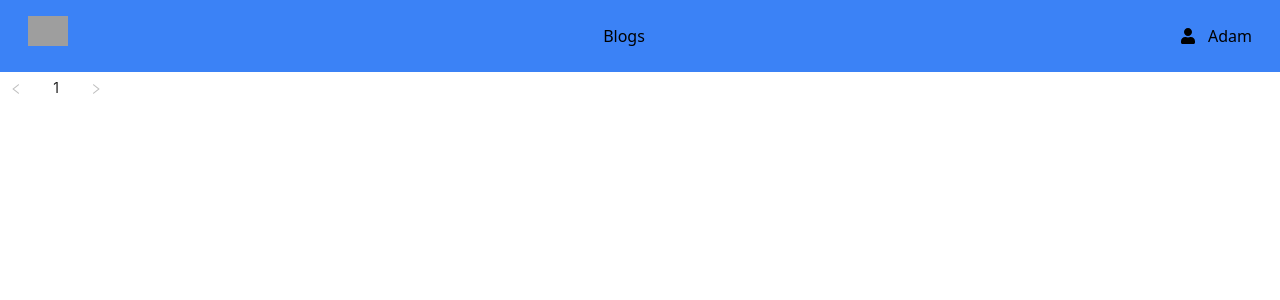
Repository: Lan-au-75/zv-app
Page: /
The author's editor kept a copy of each file at every save. The page is drawn from the files as they stood at one save, then again after the next save.
The browser window is 1280 px wide. The pictures show the whole page.
Pictures or frames that could not be fetched are drawn as grey boxes. The page's requests for data from a server got no answer. The project was rebuilt for these pictures with package versions that can differ from the ones it lists, and the page was loaded fresh each time. No one was signed in, and anything a server would have sent is missing. Also part of the build but not shown: vite.config.js, src/components/Comments.jsx, src/components/Post.jsx.

Above is the page before, as saved 2023-12-13 21:44:24.

After the next save:
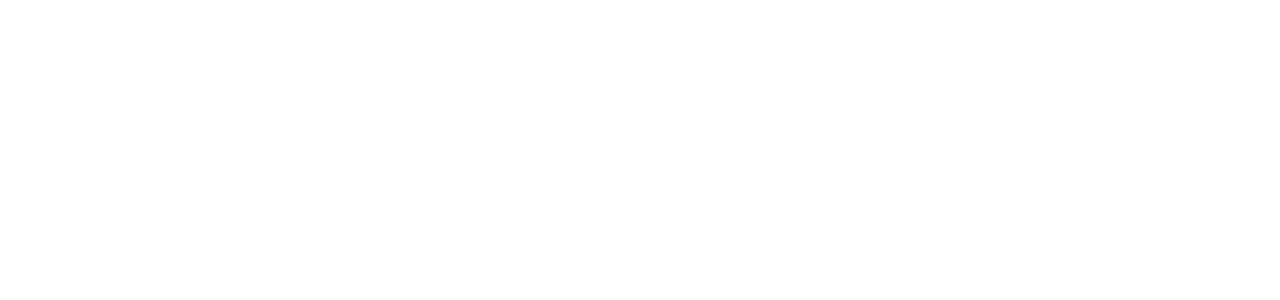
Console error: TypeError: Cannot read properties of undefined (reading 'slice')
Saved 87 s later.
--- a/src/App.jsx
+++ b/src/App.jsx
@@ -15,6 +15,10 @@
     const handlePageChange = (page) => {
         setCurrentPage(page)
     }
+
+    const startIndex = (currentPage - 1) * pageSize
+    const endIndex = startIndex + pageSize
+    const displayedPosts = posts.slice(startIndex, endIndex)
 
     const getUsersById = async (userIds) => {
         const result = users?.filter((user) => userIds.includes(user.id))
@@ -91,13 +95,18 @@
                 <Post key={item.id} item={item} comments={post1Comments}></Post>
             ))}
 
-            <Pagination
-                defaultCurrent={1}
-                current={currentPage}
-                total={posts?.length}
-                pageSize={pageSize}
-                onChange={handlePageChange}
-            />
+            <div>
+                {displayedPosts.map((post) => (
+                    <div key={post.id}>{post.title}</div>
+                ))}
+                <Pagination
+                    defaultCurrent={1}
+                    current={currentPage}
+                    total={posts.length}
+                    pageSize={pageSize}
+                    onChange={handlePageChange}
+                />
+            </div>
         </div>
     )
 }

After the 2 saves that followed:
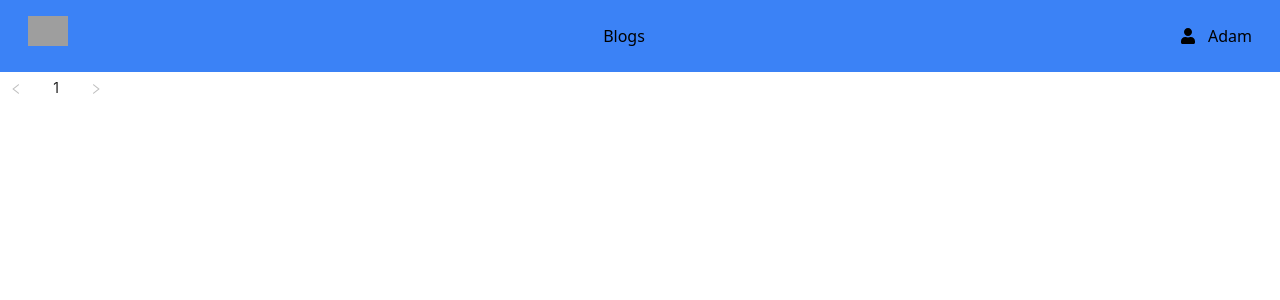
The error is gone.
The 2 saves are shown as one change because 1 left the picture as it was.
The last was saved 59 s later.
--- a/src/App.jsx
+++ b/src/App.jsx
@@ -15,10 +15,6 @@
     const handlePageChange = (page) => {
         setCurrentPage(page)
     }
-
-    const startIndex = (currentPage - 1) * pageSize
-    const endIndex = startIndex + pageSize
-    const displayedPosts = posts.slice(startIndex, endIndex)
 
     const getUsersById = async (userIds) => {
         const result = users?.filter((user) => userIds.includes(user.id))
@@ -95,18 +91,13 @@
                 <Post key={item.id} item={item} comments={post1Comments}></Post>
             ))}
 
-            <div>
-                {displayedPosts.map((post) => (
-                    <div key={post.id}>{post.title}</div>
-                ))}
-                <Pagination
-                    defaultCurrent={1}
-                    current={currentPage}
-                    total={posts.length}
-                    pageSize={pageSize}
-                    onChange={handlePageChange}
-                />
-            </div>
+            <Pagination
+                defaultCurrent={1}
+                current={currentPage}
+                total={posts?.length}
+                pageSize={pageSize}
+                onChange={handlePageChange}
+            />
         </div>
     )
 }
